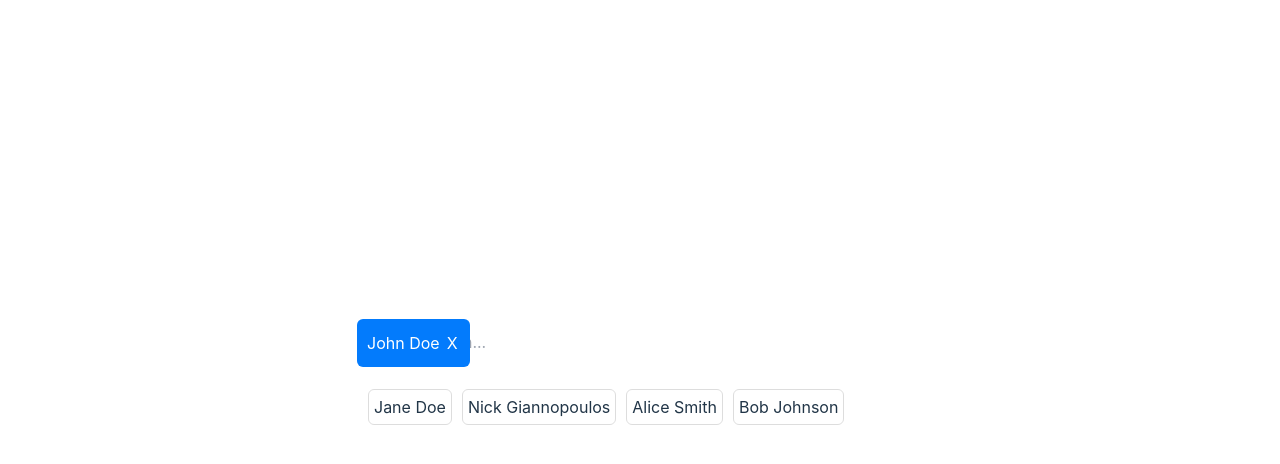
Repository: Ayansaxena24/Chip
Page: /, after clicking the first element matching `li.cursor-pointer`
The author's editor kept a copy of each file at every save. The page is drawn from the files as they stood at one save, then again after a run of saves.
The browser window is 1280 px wide. The pictures show the whole page.
Some web libraries are served in a nearby version. The project was rebuilt for these pictures with package versions that can differ from the ones it lists, and the page was loaded fresh each time. Also part of the build but not shown: vite.config.ts, src/ChipInput.css.

Above is the page before, as saved 2024-01-16 03:43:28.

### index.html
<!doctype html>
<html lang="en">
  <head>
    <meta charset="UTF-8" />
    <link rel="icon" type="image/svg+xml" href="/vite.svg" />
    <meta name="viewport" content="width=device-width, initial-scale=1.0" />
    <script src="https://cdn.tailwindcss.com"></script>    <title>Vite + React + TS</title>
  </head>
  <body>
    <div id="root"></div>
    <script type="module" src="/src/main.tsx"></script>
  </body>
</html>

### src/App.tsx
import { BrowserRouter as Router, Routes, Route } from 'react-router-dom'
import ChipInput from './chipInput'

const App = () => {
  return (
    <Router>
      <Routes>
      <Route path="/" element={<ChipInput />} />
      </Routes>
    </Router>
  )
}

export default App

### src/ChipInput.tsx
// ChipInput.tsx

import React, {
  useState,
  useRef,
  useEffect,
  KeyboardEvent,
  ChangeEvent,
} from "react";
import "./ChipInput.css"; // Import your CSS file (e.g., TailwindCss/SCSS)

interface Chip {
  id: number;
  label: string;
}

const ChipInput: React.FC = () => {
  const [inputValue, setInputValue] = useState<string>("");
  const [chips, setChips] = useState<Chip[]>([]);
  const [filteredItems, setFilteredItems] = useState<string[]>([]);
  const inputRef = useRef<HTMLInputElement>(null);

  const items = [
    "John Doe",
    "Jane Doe",
    "Nick Giannopoulos",
    "Alice Smith",
    "Bob Johnson",
  ];

  useEffect(() => {
    setFilteredItems(
      items.filter((item) => !chips.find((chip) => chip.label === item))
    );
  }, [chips]);

  const handleInputChange = (e: ChangeEvent<HTMLInputElement>) => {
    const value = e.target.value;
    setInputValue(value);

    if (value.trim() === "" && chips.length > 0) {
      highlightLastChip();
    } else {
      setFilteredItems(
        items.filter((item) => item.toLowerCase().includes(value.toLowerCase()))
      );
    }
  };

  const handleChipClick = (item: string) => {
    setChips((prevChips) => [...prevChips, { id: Date.now(), label: item }]);
    setInputValue("");
  };

  const handleChipRemove = (id: number) => {
    setChips((prevChips) => prevChips.filter((chip) => chip.id !== id));
  };

  const handleInputKeyDown = (e: KeyboardEvent<HTMLInputElement>) => {
    if (e.key === "Backspace" && inputValue === "" && chips.length > 0) {
      e.preventDefault();
      const lastChip = chips[chips.length - 1];
      handleChipRemove(lastChip.id);
    }
  };

  const highlightLastChip = () => {
    const lastChip = document.querySelector(".chip:last-child");
    if (lastChip) {
      lastChip.classList.add("highlighted");
    }
  };

  return (
    <div className="w-screen flex justify-center items-center">
      <div className="flex flex-col w-[80vh]">
        <div className="flex flex-wrap">
          {chips.map((chip) => (
            <div
              key={chip.id}
              className="bg-[#037bfc] text-white z-20 mb-10 rounded-md m-[5px] pr-[30px] pl-[10px] py-[12px] cursor-pointer flex items-center relative"
              onClick={() => handleChipRemove(chip.id)}
            >
              {chip.label}
              <span className="hover:border-white hover:bg-red-600 duration-300 ease-in-out hover:border-2 hover:rounded-md px-1 mx-2 absolute right-0">X</span>
            </div>
          ))}
          <input
            ref={inputRef}
            type="text"
            value={inputValue}
            onChange={handleInputChange}
            onKeyDown={handleInputKeyDown}
            placeholder="Type to search..."
            className="rounded-md w-[100vh] pl-2 py-4 fixed"
          />
        </div>
        <ul className={`${chips.length !== 5 ? "mt-16 cursor-pointer p-[5px] m-[5px] border-white rounded-md border-[1px] border-solid flex flex-wrap fixed" : ""}`}>
          {filteredItems.map((item) => (
            <li className="cursor-pointer p-[5px] m-[5px] border-[1px] border-[#ddd] rounded-md hover:text-black hover:bg-white duration-300 ease-in-out hover:scale-105" key={item} onClick={() => handleChipClick(item)}>
              {item}
            </li>
          ))}
        </ul>
      </div>
    </div>
  );
};

export default ChipInput;

Loaded but not shown: src/main.tsx (common file); src/index.css (common file)

After the next 3 saves:
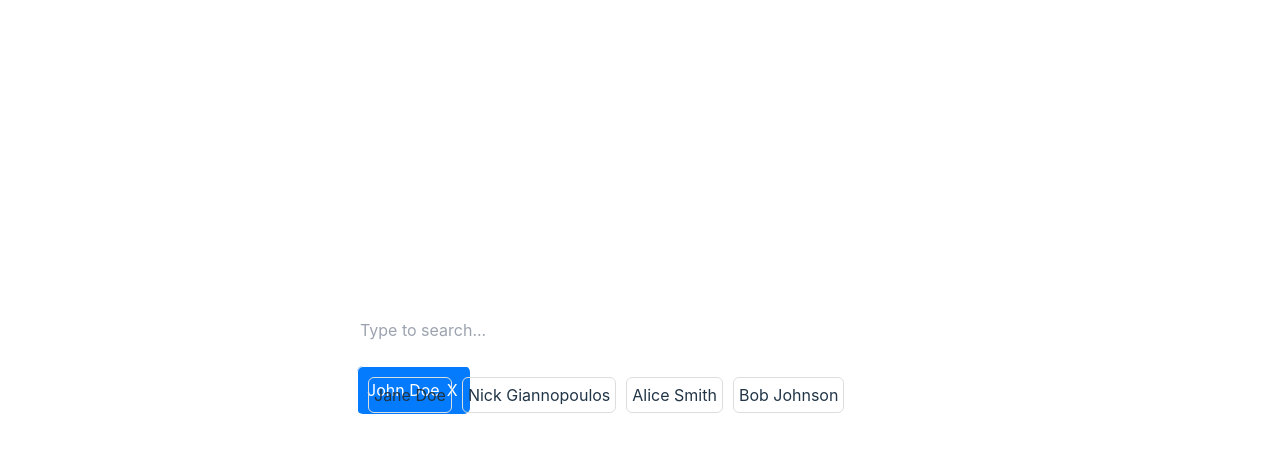
The 3 saves are shown as one change because they came seconds apart.
The last was saved 39 s later.
--- a/src/ChipInput.tsx
+++ b/src/ChipInput.tsx
@@ -78,7 +78,7 @@ const ChipInput: React.FC = () => {
           {chips.map((chip) => (
             <div
               key={chip.id}
-              className="bg-[#037bfc] text-white z-20 mb-10 rounded-md m-[5px] pr-[30px] pl-[10px] py-[12px] cursor-pointer flex items-center relative"
+              className="bg-[#037bfc] text-white mt-16 rounded-md m-[5px] pr-[30px] pl-[10px] py-[12px] cursor-pointer flex items-center relative"
               onClick={() => handleChipRemove(chip.id)}
             >
               {chip.label}
